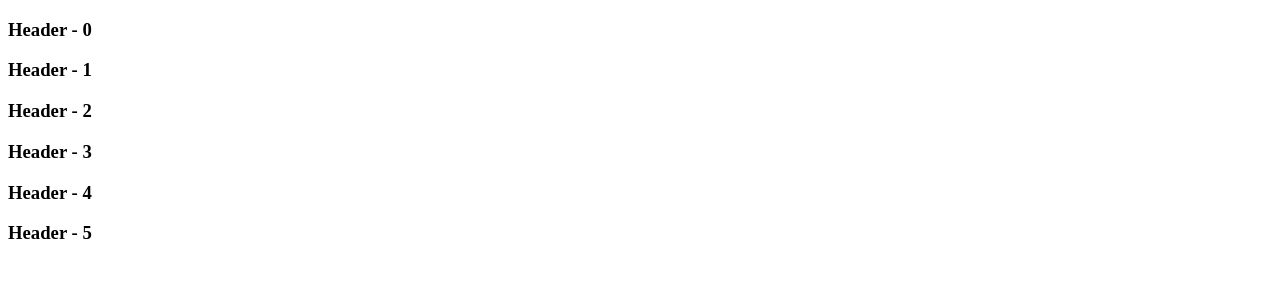
Repository: chlguswns1/web-practice
Page: jQuery/src/main/webapp/02_DOM_Search.html
The author's editor kept a copy of each file at every save. The page is drawn from the files as they stood at one save, then again after the next save.
The browser window is 1280 px wide. The pictures show the whole page.

Above is the page before, as saved 2023-03-09 04:02:18.

### jQuery/src/main/webapp/02_DOM_Search.html
<!--
	문서 객체 탐색 : 선택자와 관련된 추가 메서드를 살펴보자.
-->
<!DOCTYPE html>
<html>
<head>
<meta charset="UTF-8">
<title>문서 객체 탐색</title>

<script src="./js/jquery-3.6.3.js"></script>
<script type="text/javascript">
/* 1. 기본 필터링 메서드 */
//   - filter() 메서드 사용 두 가지 형태
//     1) $(selector).filter(selector);
//     2) $(selector).filter(function(index){});

	//예제 : 홀수번째 속성 변경.
	$



/* 2. 문서 객체 탐색 종료 */
	// 예제1.
	// 체이닝을 사용해 한 줄로 서로 다른 문서 객체에 스타일 적용 가능


	// 예제2.


	// 예제3.
	// 체이닝을 이용한 예제2의 표현
	// end() : 문서 객체 선택을 한 단계 뒤로 돌림.



/* 3. 특정 위치의 문서 객체 선택 */
//  - eq(n) : n번째 위치에 존재하는 문서 객체를 선택.
//  - first() : 첫번째 위치하는 문서 객체를 선택.
//  - last() : 마지막에 위치하는 문서 객체를 선택.



/* 4. 문서 객체 추가 선택 */


/* 5. 문서 객체의 특징 판별 */



</script>

</head>
<body>
<!-- -->
	<h3>Header - 0</h3>
	<h3>Header - 1</h3>
	<h3>Header - 2</h3>
	<h3>Header - 3</h3>
	<h3>Header - 4</h3>
	<h3>Header - 5</h3>


<!-- 4. 문서 객체 추가 선택 예시
	<h1>Header - 0</h1>
	<h2>Header - 1</h2>
	<h1>Header - 2</h1>
	<h2>Header - 3</h2>
	<h1>Header - 4</h1>
-->

<!-- 5. 문서 객체의 특징 판별
	<h1 class="select">Header - 0</h1>
	<h1>Header - 1</h1>
	<h1 class="select">Header - 2</h1>
 -->
</body>
</html>

Loaded but not shown: jQuery/src/main/webapp/js/jquery-3.6.3.js (library)

After the next save:
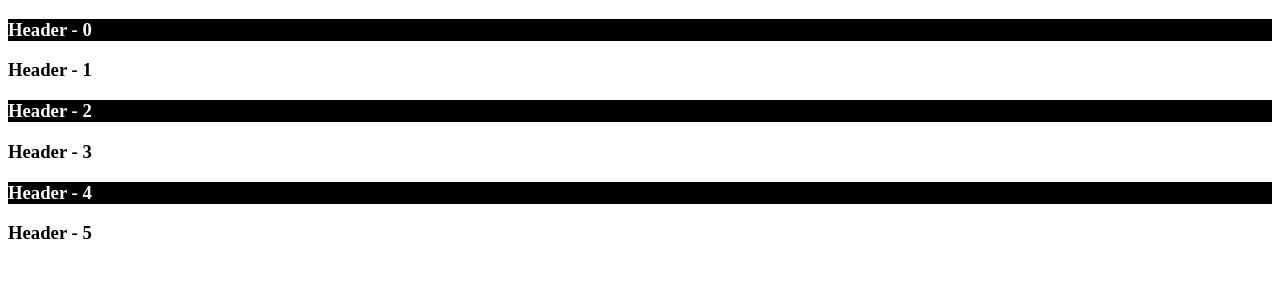
Saved 2 min 55 s later.
--- a/jQuery/src/main/webapp/02_DOM_Search.html
+++ b/jQuery/src/main/webapp/02_DOM_Search.html
@@ -15,7 +15,12 @@
 //     2) $(selector).filter(function(index){});
 
 	//예제 : 홀수번째 속성 변경.
-	$
+	$(function () {
+		$('h3:even').css({
+			backgroundColor:'black',
+			color:'white'
+		});
+	})
 
 
 

After the 3 saves that followed:
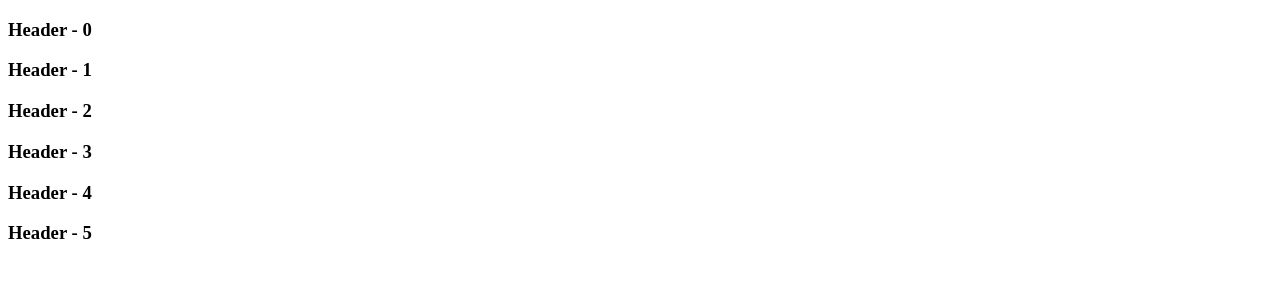
Console error: SyntaxError: Unexpected token '}'
The 3 saves are shown as one change because 2 left the picture as it was.
The last was saved 3 min 45 s later.
--- a/jQuery/src/main/webapp/02_DOM_Search.html
+++ b/jQuery/src/main/webapp/02_DOM_Search.html
@@ -14,9 +14,16 @@
 //     1) $(selector).filter(selector);
 //     2) $(selector).filter(function(index){});
 
-	//예제 : 홀수번째 속성 변경.
-	$(function () {
+
+	/* $(function () {
+		//예제 : 홀수번째 속성 변경.
 		$('h3:even').css({
+			backgroundColor:'black',
+			color:'white'
+		}); */
+
+	//filter() 매소드 적용 형태.
+		$('h3').filter(':even').css({
 			backgroundColor:'black',
 			color:'white'
 		});
